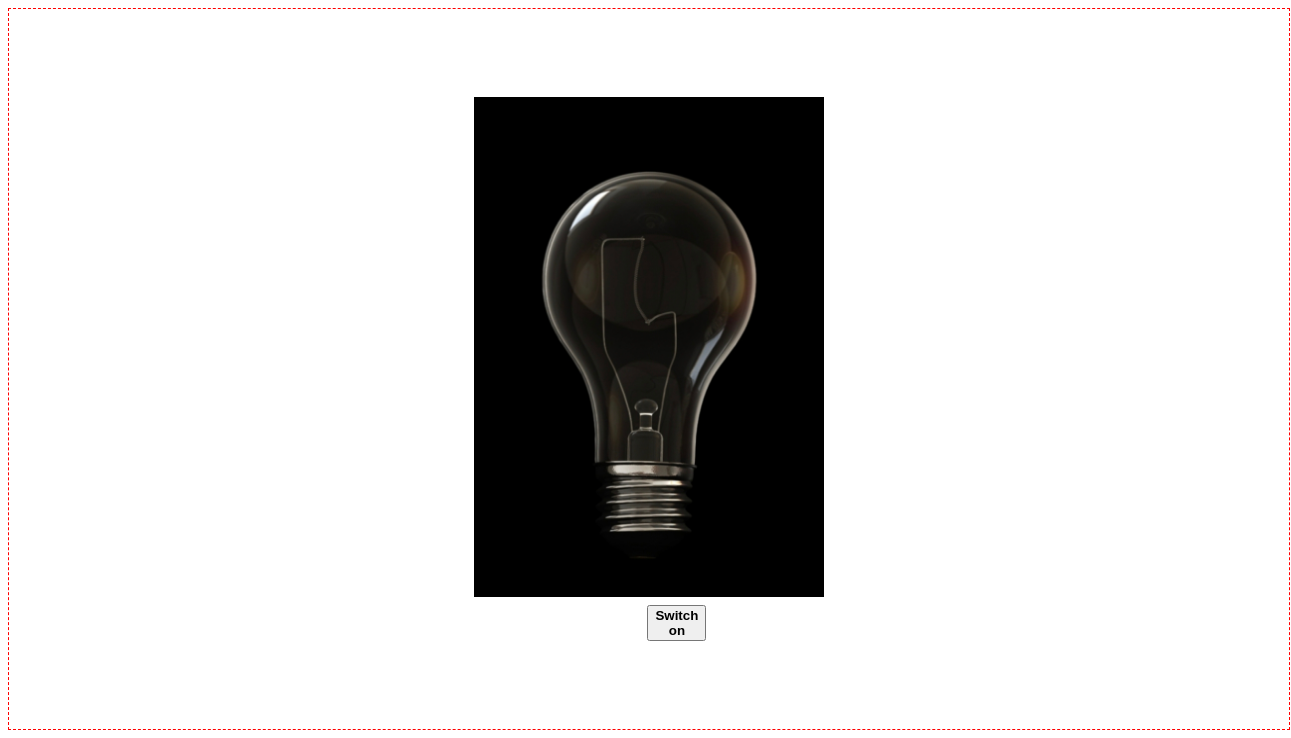
Repository: JunaidAnsari202/bulb
Page: index.html
An editor plug-in stored every save of this project. The page is shown before and after a run of saves, followed by the edit.
The browser window is 1280 px wide. The page is 1290 px wide, then 1291 px, so the pictures cover 1291 px, including what lies to the right of the window. The pictures show the whole page.

Above is the page before, as saved 2023-10-27 17:52:21.

### index.html
<!DOCTYPE html>
<html lang="en">
<head>
    <meta charset="UTF-8">
    <meta name="viewport" content="width=device-width, initial-scale=1.0">
    <title>Document</title>
    <link rel="stylesheet" href="style.css">
</head>
<body>
<div><img id="bulb" src="img/off.jpg" alt="" class="bulb"></div>
   <div> <button id="btn" class="bttn">Switch on</button></div>
</body>

<script>
    let button=document.getElementById('btn')
    let bulb=document.getElementById('bulb')
    button.addEventListener('click',bulbs)
    function bulbs(e){
        if(button.textContent.includes('on')){
            bulb.src="img/off.jpg"
            button.textContent="Turn off"
        }
        else{
            bulb.src="img/on.jpg"
            button.textContent="Turn on"
        }
    }
   </script>
</html>

### style.css
body{
    width: 100vw;
    height: 100vh;
    background-color: #ffffff;
    overflow: hidden;
    display: flex;
    justify-content: center;
    align-items: center;
    flex-direction: column;
    border: 1px red dashed;
}

.bulb{
    height: 500px;
    width: 350px;
}


.bttn{
    margin-top: 4%;
    margin-left: 48%;
    font-weight: 800;
}

After the next 4 saves:
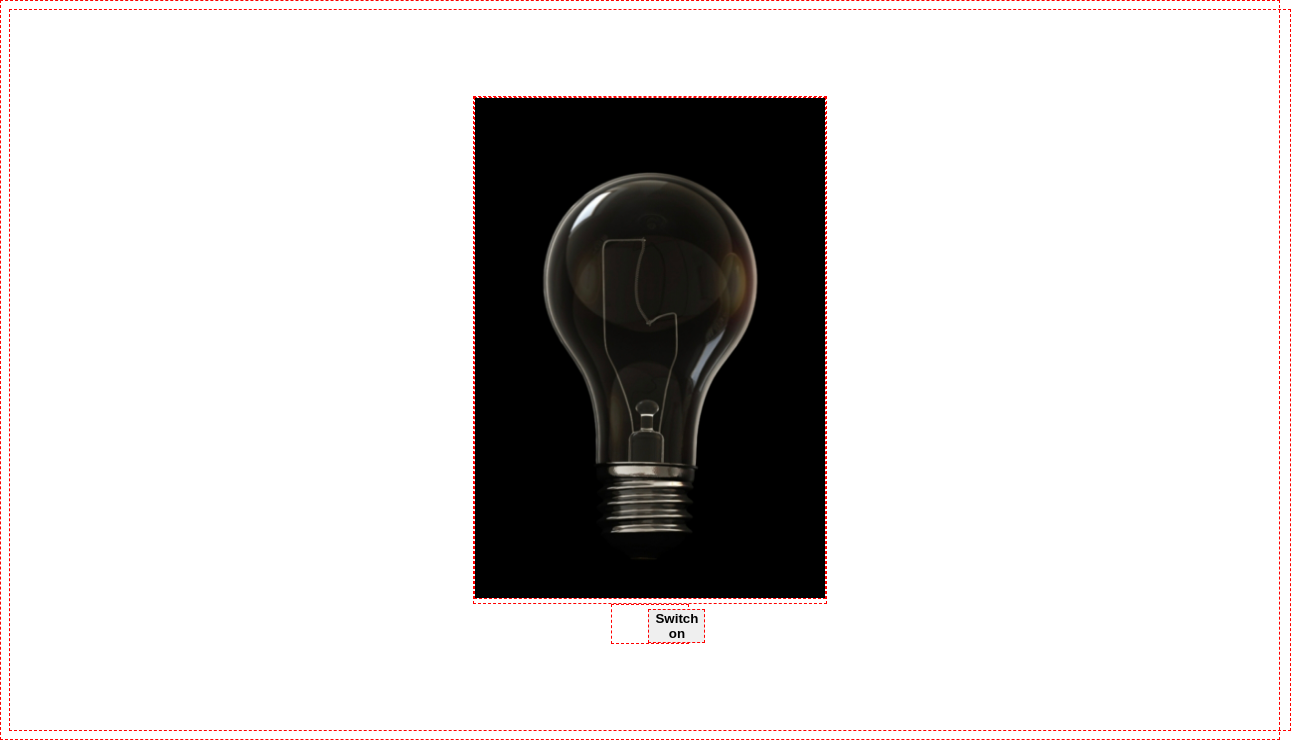
The 4 saves are shown as one change because they came seconds apart.
The last was saved 10 s later.
--- a/style.css
+++ b/style.css
@@ -7,9 +7,11 @@ body{
     justify-content: center;
     align-items: center;
     flex-direction: column;
+}
+*{
     border: 1px red dashed;
+
 }
-
 .bulb{
     height: 500px;
     width: 350px;
